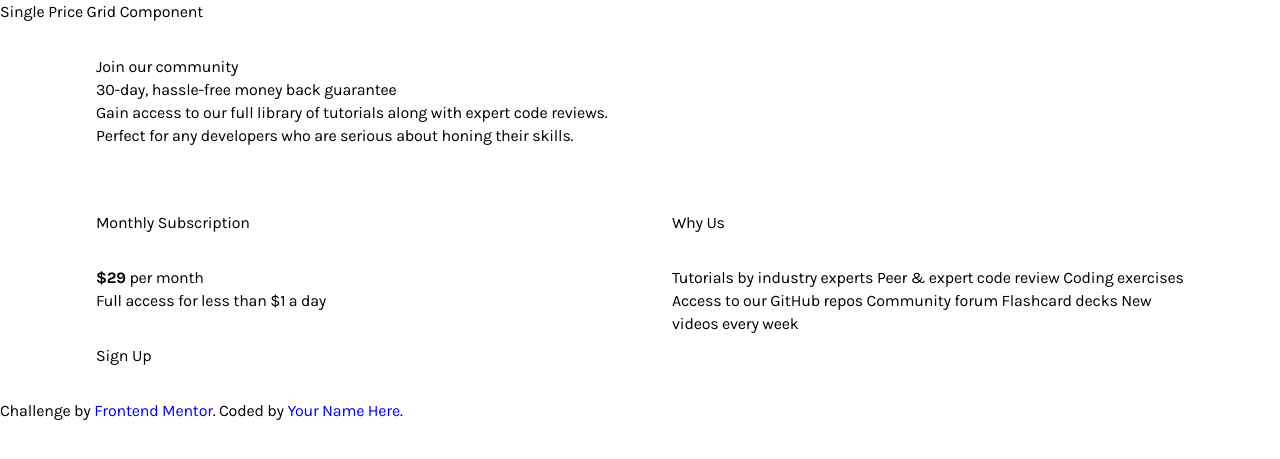
Repository: bangjuyoung/bangjuyoung
Page: practice/frontend-mentor/single-price-grid-component/index.html
These files come from the project's save history. The page is drawn as it stood at one moment and after the next save; the edit follows.
The browser window is 1280 px wide. The pictures show the whole page.

Above is the page before, as saved 2019-06-16 12:42:25.

After the next save:
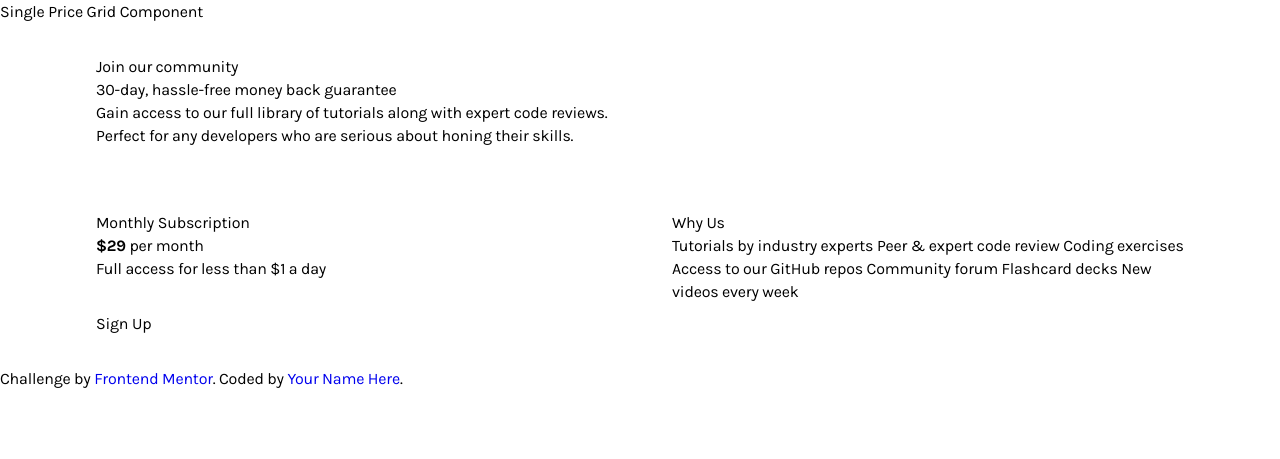
Saved 18 s later.
--- a/practice/frontend-mentor/single-price-grid-component/index.html
+++ b/practice/frontend-mentor/single-price-grid-component/index.html
@@ -27,10 +27,8 @@
 
       <div class="single-price__secondary">
         <section class="single-price__divider">
-          <div class="single-price__header">
+          <div class="single-price__body">
             <h3 class="single-price__subtitle">Monthly Subscription</h3>
-          </div>
-          <div class="single-price__body">
             <p><strong>&dollar;29</strong> per month</p>
             <p>Full access for less than &dollar;1 a day</p>
           </div>
@@ -40,10 +38,8 @@
         </section>
 
         <section class="single-price__divider">
-          <div class="single-price__header">
+          <div class="single-price__body">
             <h4 class="single-price__subtitle">Why Us</h4>
-          </div>
-          <div class="single-price__body">
             <p>
               Tutorials by industry experts
               Peer &amp; expert code review
